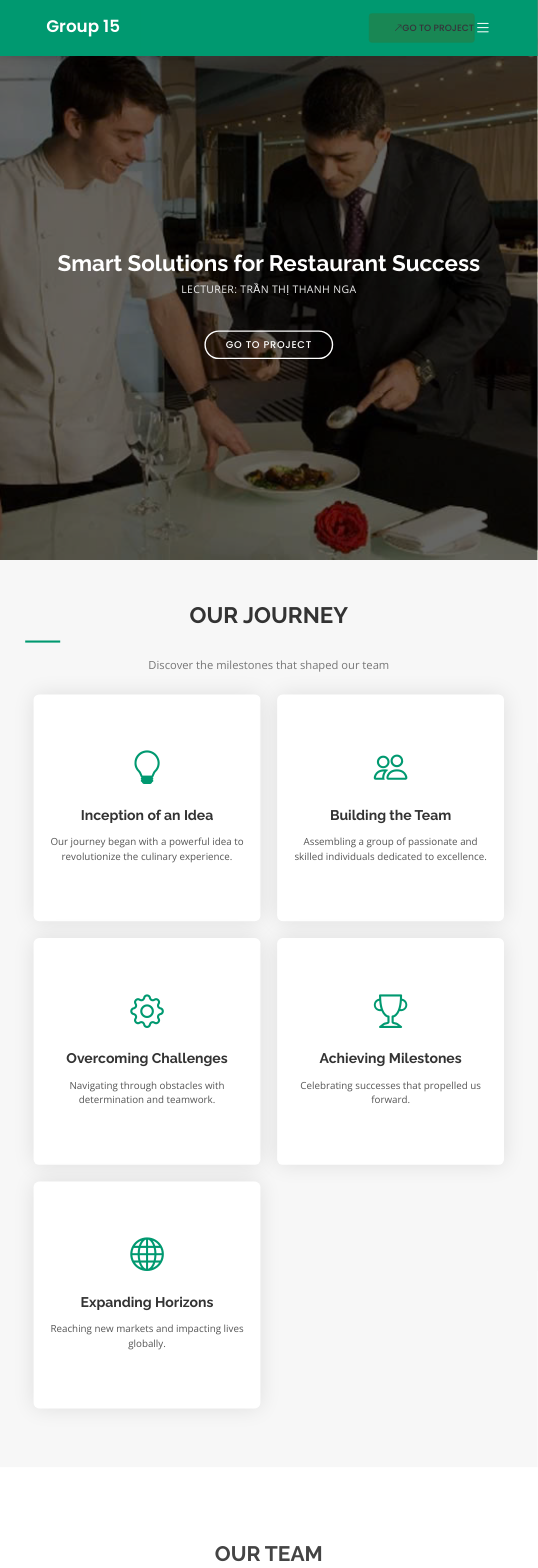
Repository: HoangKhangKhuPho4/Group_Web
Page: index.html
These files come from the project's save history. The page is drawn as it stood at one moment and after the next save; the edit follows.
The browser window is 768 px wide. The pictures show the part of the page from y = 0 to 2240 px (the page is 3893 px tall), at 70% of full size.

Above is the page before, as saved 2024-12-06 15:10:30.

### index.html
<!DOCTYPE html>
<html lang="en">
  <head>
    <!-- Google Tag Manager -->
    <script>
      (function (w, d, s, l, i) {
        w[l] = w[l] || [];
        w[l].push({ "gtm.start": new Date().getTime(), event: "gtm.js" });
        var f = d.getElementsByTagName(s)[0],
          j = d.createElement(s),
          dl = l != "dataLayer" ? "&l=" + l : "";
        j.async = true;
        j.src = "https://www.googletagmanager.com/gtm.js?id=" + i + dl;
        f.parentNode.insertBefore(j, f);
      })(window, document, "script", "dataLayer", "GTM-KP2R47JB");
    </script>
    <!-- End Google Tag Manager -->

    <meta
      name="google-site-verification"
      content="EO8Nf8U0RywdH3XDIGdBO9ayEUmYV3Sa4KyZ9BoOK-Y"
    />
    <meta charset="utf-8" />
    <meta content="width=device-width, initial-scale=1.0" name="viewport" />
    <meta
      name="google-site-verification"
      content="NlS1kOlcOLN_zi65x2N4-Xf35p3_Yhxgn-Sx0oEMzRE"
    />

    <title>Group 15</title>
    <meta content="" name="description" />
    <meta content="" name="keywords" />

    <!-- Favicons -->
    <link href="assets/img/favicon.png" rel="icon" />
    <link href="assets/img/apple-touch-icon.png" rel="apple-touch-icon" />

    <!-- Google Fonts -->
    <link
      href="https://fonts.googleapis.com/css?family=Open+Sans:300,300i,400,400i,600,600i,700,700i|Raleway:300,300i,400,400i,500,500i,600,600i,700,700i|Poppins:300,300i,400,400i,500,500i,600,600i"
      rel="stylesheet"
    />

    <!-- Vendor CSS Files -->
    <link href="assets/vendor/aos/aos.css" rel="stylesheet" />
    <link
      href="assets/vendor/bootstrap/css/bootstrap.min.css"
      rel="stylesheet"
    />
    <link
      href="assets/vendor/bootstrap-icons/bootstrap-icons.css"
      rel="stylesheet"
    />
    <link href="assets/vendor/boxicons/css/boxicons.min.css" rel="stylesheet" />
    <link
      href="assets/vendor/glightbox/css/glightbox.min.css"
      rel="stylesheet"
    />
    <link href="assets/vendor/remixicon/remixicon.css" rel="stylesheet" />
    <link href="assets/vendor/swiper/swiper-bundle.min.css" rel="stylesheet" />

    <!-- Template Main CSS File -->
    <link href="assets/css/style.css" rel="stylesheet" />

    <!-- Custom CSS -->
    <style>
     /* Định dạng nút "Go To Project" */
.btn-green {
  background-color: #28a745; /* Màu xanh lá cây tương tự logo */
  color: #fff;
  padding: 10px 20px;
  border-radius: 25px; /* Bo tròn góc nút */
  text-decoration: none;
  font-weight: bold;
  margin-left: 20px; /* Khoảng cách từ các liên kết navigation */
  transition: background-color 0.3s ease, transform 0.3s ease;
  box-shadow: 0 4px 6px rgba(0, 0, 0, 0.1);
  display: inline-block;
}

.btn-green:hover {
  background-color: #218838; /* Màu xanh lá cây đậm hơn khi hover */
  color: #fff;
  transform: translateY(-2px); /* Hiệu ứng nâng nút lên khi hover */
  text-decoration: none;
}

/* Đảm bảo nút không bị ảnh hưởng bởi flex của navbar */
.navbar {
  display: flex;
  align-items: center;
  justify-content: space-between; /* Phân bố không gian giữa ul và nút */
}

/* Điều chỉnh danh sách ul trong navbar */
.navbar ul {
  display: flex;
  list-style: none;
  margin: 0;
  padding: 0;
}

.navbar ul li {
  margin-right: 20px;
}

.navbar ul li a {
  color: #fff; /* Màu chữ các liên kết navigation */
  padding: 8px 12px;
  border-radius: 4px;
  transition: background-color 0.3s ease;
}

.navbar ul li a:hover,
.navbar ul li a.active {
  background-color: rgba(255, 255, 255, 0.2); /* Màu nền khi hover và active */
  color: #fff;
}

/* Responsive Design: Điều chỉnh cho các màn hình nhỏ hơn */
@media (max-width: 768px) {
  .navbar ul {
    flex-direction: column;
    background-color: #343a40; /* Màu nền cho menu mobile */
    position: absolute;
    top: 60px;
    left: 0;
    width: 100%;
    display: none; /* Ẩn menu mặc định */
  }

  .navbar ul.active {
    display: flex; /* Hiển thị menu khi active */
  }

  .navbar ul li {
    margin: 10px 0;
  }

  .btn-green {
    margin: 10px 20px; /* Khoảng cách trên mobile */
    width: calc(100% - 40px); /* Độ rộng nút trên mobile */
    text-align: center;
  }

  .mobile-nav-toggle {
    display: block;
    color: #fff;
    font-size: 24px;
    cursor: pointer;
  }
}

    </style>

  </head>

  <body>
    <!-- Google Tag Manager (noscript) -->
    <noscript
      ><iframe
        src="https://www.googletagmanager.com/ns.html?id=GTM-KP2R47JB"
        height="0"
        width="0"
        style="display: none; visibility: hidden"
      ></iframe
    ></noscript>
    <!-- End Google Tag Manager (noscript) -->

    <!-- ======= Header ======= -->
    <header id="header" class="fixed-top d-flex align-items-center">
      <div class="container">
        <div
          class="header-container d-flex align-items-center justify-content-between"
        >
          <div class="logo">
            <h1 class="text-light">
              <a href="index.html"><span>Group 15</span></a>
            </h1>
          </div>

          <nav id="navbar" class="navbar">
            <ul>
              <li><a class="nav-link scrollto active" href="index.html">Home</a></li>
              <li><a class="nav-link scrollto" href="about.html">About</a></li>
              <li><a class="nav-link scrollto" href="groupDiary.html">Group Diary</a></li>
              <li><a class="nav-link scrollto" href="technical.html">Technical</a></li>
              <li><a class="nav-link scrollto" href="styleguide.html">Style Guide</a></li>
              <li><a class="nav-link scrollto" href="results.html">Results</a></li>
              <li><a class="nav-link scrollto" href="project.html">Project</a></li>
              <li><a class="nav-link scrollto" href="contact.html">Contact</a></li>
            </ul>
            <a href="https://hoangkhangkhupho4.github.io/Project_Web/" target="_blank" class="btn btn-success">
              <i class="bi bi-arrow-up-right"></i> Go To Project
            </a>
            <i class="bi bi-list mobile-nav-toggle"></i>
          </nav>




          <!-- .navbar -->
        </div>
        <!-- End Header Container -->
      </div>
    </header>
    <!-- End Header -->

    <!-- Bắt đầu phần nội dung chính -->
    <div class="content-wrap">
      <!-- ======= Hero Section ======= -->
      <section
        id="hero"
        class="d-flex align-items-center"
        style="padding-top: 80px"
      >
        <div
          class="container text-center position-relative"
          data-aos="fade-in"
          data-aos-delay="200"
        >
          <h1>Smart Solutions for Restaurant Success</h1>
          <h2>Lecturer: Trần Thị Thanh Nga</h2>
          <a
            href="https://hoangkhangkhupho4.github.io/Project_Web/"
            target="_blank"
            class="btn-get-started scrollto"
            >Go To Project</a
          >
        </div>
      </section>
      <!-- End Hero -->

      <main id="main">
        <!-- ======= Our Journey Section ======= -->
        <section id="our-team-story" class="our-team-story">
          <div class="container" data-aos="fade-up">
            <div class="section-title text-center">
              <h2>Our Journey</h2>
              <p>Discover the milestones that shaped our team</p>
            </div>

            <div class="story-container">
              <div class="row">
                <!-- Story Item 1 -->
                <div class="col-lg-4 col-md-6 mb-4">
                  <div
                    class="story-item"
                    data-aos="fade-up"
                    data-aos-delay="100"
                  >
                    <div class="icon-box">
                      <div class="icon">
                        <i class="bi bi-lightbulb"></i>
                      </div>
                      <h4 class="title">Inception of an Idea</h4>
                      <p class="description">
                        Our journey began with a powerful idea to revolutionize
                        the culinary experience.
                      </p>
                    </div>
                  </div>
                </div>

                <!-- Story Item 2 -->
                <div class="col-lg-4 col-md-6 mb-4">
                  <div
                    class="story-item"
                    data-aos="fade-up"
                    data-aos-delay="200"
                  >
                    <div class="icon-box">
                      <div class="icon">
                        <i class="bi bi-people"></i>
                      </div>
                      <h4 class="title">Building the Team</h4>
                      <p class="description">
                        Assembling a group of passionate and skilled individuals
                        dedicated to excellence.
                      </p>
                    </div>
                  </div>
                </div>

                <!-- Story Item 3 -->
                <div class="col-lg-4 col-md-6 mb-4">
                  <div
                    class="story-item"
                    data-aos="fade-up"
                    data-aos-delay="300"
                  >
                    <div class="icon-box">
                      <div class="icon">
                        <i class="bi bi-gear"></i>
                      </div>
                      <h4 class="title">Overcoming Challenges</h4>
                      <p class="description">
                        Navigating through obstacles with determination and
                        teamwork.
                      </p>
                    </div>
                  </div>
                </div>

                <!-- Story Item 4 -->
                <div class="col-lg-4 col-md-6 mb-4">
                  <div
                    class="story-item"
                    data-aos="fade-up"
                    data-aos-delay="400"
                  >
                    <div class="icon-box">
                      <div class="icon">
                        <i class="bi bi-trophy"></i>
                      </div>
                      <h4 class="title">Achieving Milestones</h4>
                      <p class="description">
                        Celebrating successes that propelled us forward.
                      </p>
                    </div>
                  </div>
                </div>

                <!-- Story Item 5 -->
                <div class="col-lg-4 col-md-6 mb-4">
                  <div
                    class="story-item"
                    data-aos="fade-up"
                    data-aos-delay="500"
                  >
                    <div class="icon-box">
                      <div class="icon">
                        <i class="bi bi-globe"></i>
                      </div>
                      <h4 class="title">Expanding Horizons</h4>
                      <p class="description">
                        Reaching new markets and impacting lives globally.
                      </p>
                    </div>
                  </div>
                </div>
              </div>
            </div>
          </div>
        </section>
        <!-- End Our Journey Section -->

        <!-- ======= Our Team Section ======= -->
        <section
          id="portfolio-details"
          class="portfolio-details"
          style="margin-top: 4%"
        >
          <div class="container">
            <div class="section-title text-center">
              <h2 style="font-size: 30px; padding: 15px 30px">
                <b>OUR TEAM</b>
              </h2>
            </div>

            <div class="row gy-4">
              <div class="col-lg-6">
                <div class="portfolio-details-slider swiper">
                  <div class="swiper-wrapper align-items-center">
                    <div class="swiper-slide">
                      <img
                        src="assets/img/portfolio/portfolio-details-1.jpg"
                        alt=""
                      />
                    </div>

                    <div class="swiper-slide">
                      <img
                        src="assets/img/portfolio/portfolio-details-2.jpg"
                        alt=""
                      />
                    </div>

                    <div class="swiper-slide">
                      <img
                        src="assets/img/portfolio/portfolio-details-3.jpg"
                        alt=""
                      />
                    </div>
                  </div>
                  <div class="swiper-pagination"></div>
                </div>
              </div>

              <div class="col-lg-6">
                <div class="portfolio-info">
                  <h3>Group Information</h3>
                  <ul>
                    <li><strong>Group Name</strong>: Group 15</li>
                    <li><strong>Number of Members</strong>: 5 members</li>
                    <li>
                      <strong>Specialization</strong>: information technology -
                      IT
                    </li>
                    <li>
                      <strong>University</strong>: Ho Chi Minh City University
                      of Agriculture and Forestry.
                    </li>
                    <li>
                      <strong>Slogan</strong>: "Together we innovate, together
                      we succeed."
                    </li>
                  </ul>
                </div>
              </div>
            </div>
          </div>
        </section>
        <!-- End Our Team Section -->
      </main>
      <!-- End #main -->
    </div>
    <!-- Kết thúc phần nội dung chính -->

    <!-- ======= Footer ======= -->
    <footer id="footer">
      <!-- ... (giữ nguyên nội dung footer) ... -->
      <div class="footer-container">
        <div class="footer-column">
          <h4>About Us</h4>
          <p>
            We are a team of passionate individuals dedicated to delivering the
            best services to our clients. Our mission is to provide innovative
            solutions and exceptional customer service.
          </p>
        </div>
        <div class="footer-column">
          <h4>Useful Links</h4>
          <ul>
            <li><a href="index.html">Home</a></li>
            <li><a href="about.html">About Us</a></li>
            <li><a href="services.html">Services</a></li>
            <li><a href="terms.html">Terms of Service</a></li>
            <li><a href="privacy.html">Privacy Policy</a></li>
          </ul>
        </div>
        <div class="footer-column">
          <h4>Services</h4>
          <ul>
            <li><a href="#">Web Design</a></li>
            <li><a href="#">Web Development</a></li>
            <li><a href="#">Marketing</a></li>
            <li><a href="#">Graphic Design</a></li>
            <li><a href="#">Technical Support</a></li>
          </ul>
        </div>
        <div class="footer-column">
          <h4>Contact Us</h4>
          <p>
            123 ABC Street, XYZ District<br />
            City, Country<br />
            Phone: +84 123 456 789<br />
            Email: info@example.com
          </p>
        </div>
      </div>
      <div class="footer-bottom">
        <div class="container d-md-flex py-4">
          <div class="me-md-auto text-center text-md-start">
            <div class="copyright">
              &copy; Copyright <strong><span>Group 15</span></strong
              >. All Rights Reserved
            </div>
            <div class="credits">Designed by <a href="#">Group 15</a></div>
          </div>
          <div class="social-links text-center text-md-right pt-3 pt-md-0">
            <a href="#" class="twitter" title="Twitter"
              ><i class="bx bxl-twitter"></i
            ></a>
            <a href="#" class="facebook" title="Facebook"
              ><i class="bx bxl-facebook"></i
            ></a>
            <a href="#" class="instagram" title="Instagram"
              ><i class="bx bxl-instagram"></i
            ></a>
            <a href="#" class="google-plus" title="Skype"
              ><i class="bx bxl-skype"></i
            ></a>
            <a href="#" class="linkedin" title="LinkedIn"
              ><i class="bx bxl-linkedin"></i
            ></a>
          </div>
        </div>
      </div>
    </footer>
    <!-- End Footer -->

    <!-- Back to Top -->
    <a
      href="#"
      class="back-to-top d-flex align-items-center justify-content-center"
      ><i class="bi bi-arrow-up-short"></i
    ></a>

    <!-- Vendor JS Files -->
    <script src="assets/vendor/aos/aos.js"></script>
    <script src="assets/vendor/bootstrap/js/bootstrap.bundle.min.js"></script>
    <script src="assets/vendor/purecounter/purecounter.js"></script>
    <script src="assets/vendor/glightbox/js/glightbox.min.js"></script>
    <script src="assets/vendor/isotope-layout/isotope.pkgd.min.js"></script>
    <script src="assets/vendor/swiper/swiper-bundle.min.js"></script>
    <!-- Template Main JS File -->
    <script src="assets/js/main.js"></script>

    <!-- Initialize AOS -->
    <script>
      AOS.init({
        duration: 1000,
        once: true,
      });
    </script>
  </body>
</html>

Loaded but not shown: assets/vendor/aos/aos.css (library); assets/vendor/bootstrap/css/bootstrap.min.css (library); assets/vendor/bootstrap-icons/bootstrap-icons.css (library); assets/vendor/boxicons/css/boxicons.min.css (library); assets/vendor/glightbox/css/glightbox.min.css (library); assets/vendor/remixicon/remixicon.css (library); assets/vendor/swiper/swiper-bundle.min.css (library); assets/vendor/aos/aos.js (library); assets/vendor/bootstrap/js/bootstrap.bundle.min.js (library); assets/vendor/purecounter/purecounter.js (library); assets/vendor/glightbox/js/glightbox.min.js (library); assets/vendor/isotope-layout/isotope.pkgd.min.js (library); assets/vendor/swiper/swiper-bundle.min.js (library); assets/js/main.js (252 lines, source omitted); assets/css/style.css (862 lines, source omitted)

After the next save:
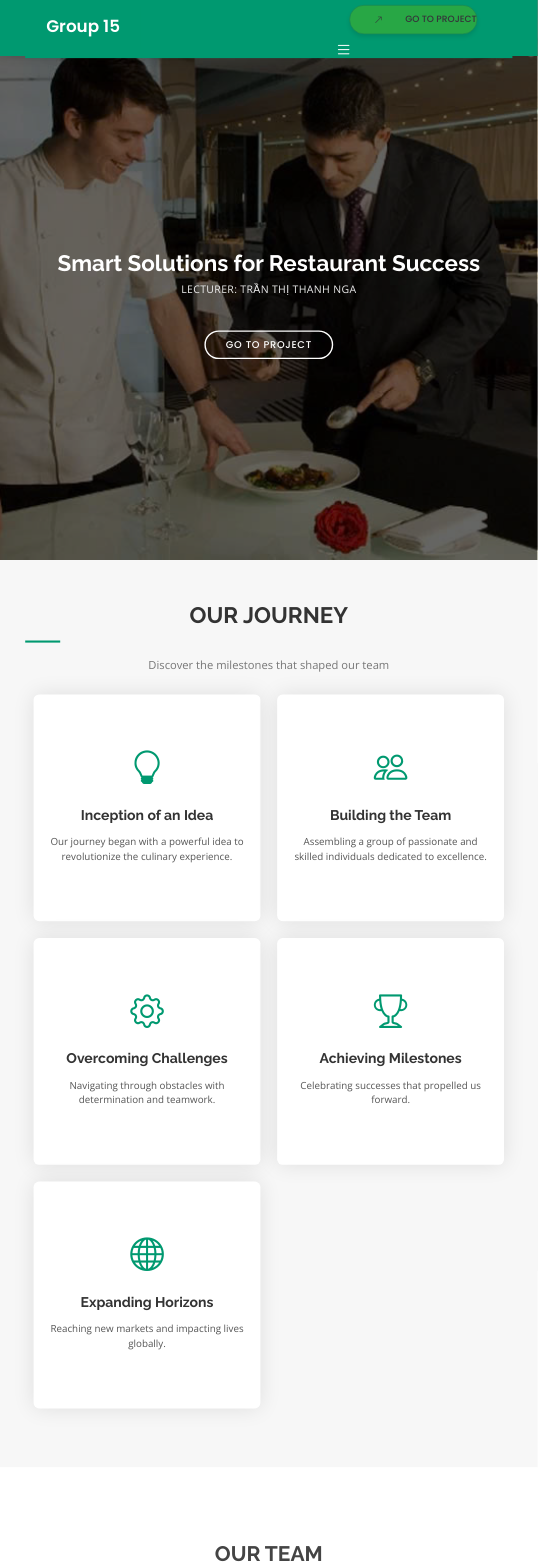
Saved 45 s later.
--- a/index.html
+++ b/index.html
@@ -64,9 +64,9 @@
 
     <!-- Custom CSS -->
     <style>
-     /* Định dạng nút "Go To Project" */
-.btn-green {
-  background-color: #28a745; /* Màu xanh lá cây tương tự logo */
+/* Định dạng nút "Go To Project" */
+.btn-success {
+  background-color: #28a745; /* Màu xanh lá cây của Bootstrap */
   color: #fff;
   padding: 10px 20px;
   border-radius: 25px; /* Bo tròn góc nút */
@@ -78,7 +78,7 @@
   display: inline-block;
 }
 
-.btn-green:hover {
+.btn-success:hover {
   background-color: #218838; /* Màu xanh lá cây đậm hơn khi hover */
   color: #fff;
   transform: translateY(-2px); /* Hiệu ứng nâng nút lên khi hover */
@@ -137,7 +137,7 @@
     margin: 10px 0;
   }
 
-  .btn-green {
+  .btn-success {
     margin: 10px 20px; /* Khoảng cách trên mobile */
     width: calc(100% - 40px); /* Độ rộng nút trên mobile */
     text-align: center;
@@ -150,6 +150,13 @@
     cursor: pointer;
   }
 }
+
+/* Thêm CSS cho icon trong nút */
+.btn-success i {
+  margin-right: 8px;
+  font-size: 16px; /* Điều chỉnh kích thước icon nếu cần */
+}
+
 
     </style>
 
